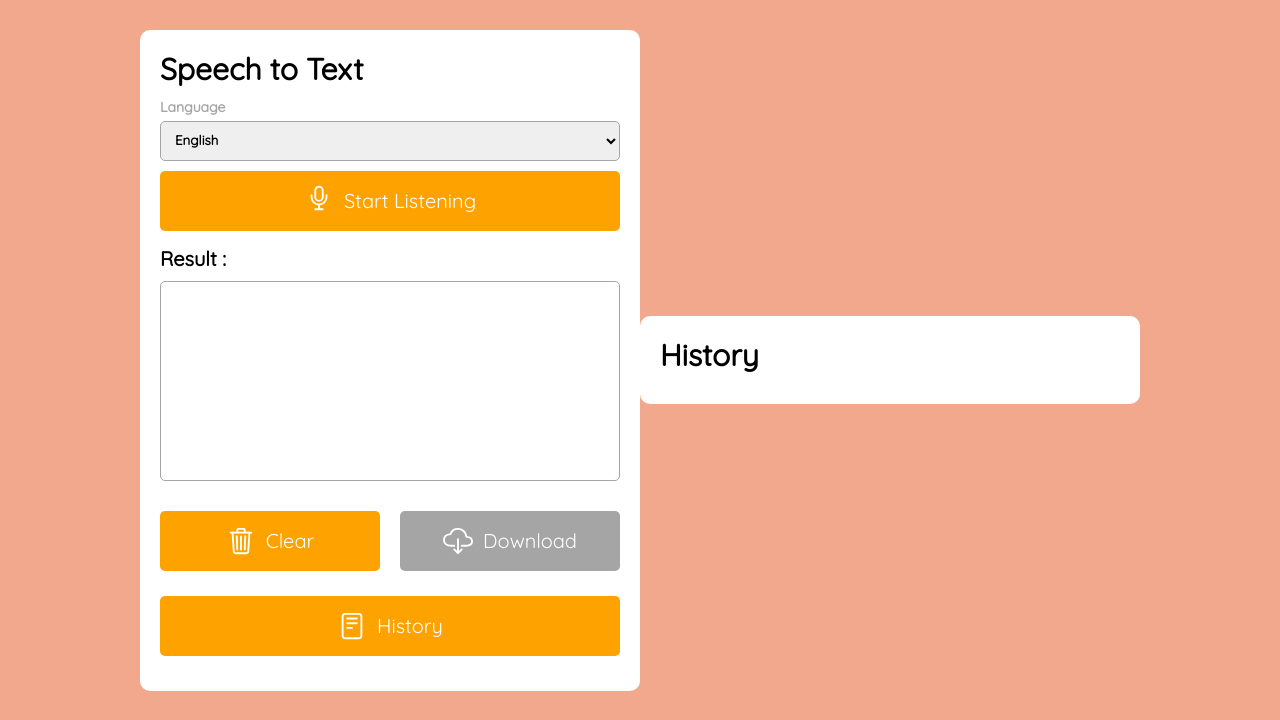
Repository: tsthuy/SpeechToText
Page: index.html
An editor plug-in stored every save of this project. The page is shown before and after the next save, followed by the edit.
The browser window is 1280 px wide. The pictures show the whole page.

Above is the page before, as saved 2023-08-28 03:57:09.

### index.html
<!DOCTYPE html>
<html lang="en">
  <head>
    <meta charset="UTF-8" />
    <meta http-equiv="X-UA-Compatible" content="IE=edge" />
    <meta name="viewport" content="width=device-width, initial-scale=1.0" />
    <link href="./images/icon.png" rel="shortcut icon" type="image/vnd.microsoft.icon" />
    <link rel="stylesheet" href="style.css" />
    <link href='https://fonts.googleapis.com/css?family=Quicksand' rel='stylesheet'>
    <title>Speech to Text</title>
  </head>
  <body>
    <div class="container">
      <p class="heading">Speech to Text</p>
      <div class="options">
        <div>
          <p>Language</p>
          <select name="input-language" id="language"></select>
        </div>
      </div>
      <button class="btn record">
        <div class="icon">
          <ion-icon name="mic-outline"></ion-icon>
          <img src="record.svg" alt="" />
        </div>
        <p>Start Listening</p>
      </button>
      <p class="heading receive">Result :</p>
      <div
        class="result"
        spellcheck="false"
        placeholder="Text will be shown here"
      >
        <p class="interim"></p>
      </div>
      <div class="buttons">
        <button class="btn clear">
          <ion-icon name="trash-outline"></ion-icon>
          <p>Clear</p>
        </button>
        <button class="btn download" disabled>
          <ion-icon name="cloud-download-outline"></ion-icon>
          <p>Download</p>
        </button>
      </div>
      <div class="buttons">
        <button class="btn store">
          <ion-icon name="reader-outline"></ion-icon>
          <p>History</p>
        </button>

      </div>
    </div>
    <div class="container">
      <p class="heading">History</p>
    </div>

    <!-- ion-icon -->
    <script
      type="module"
      src="https://unpkg.com/ionicons@5.5.2/dist/ionicons/ionicons.esm.js"
    ></script>
    <script
      nomodule
      src="https://unpkg.com/ionicons@5.5.2/dist/ionicons/ionicons.js"
    ></script>

    <!-- languages-->
    <script src="languages.js"></script>

    <!-- script -->
    <script src="script.js"></script>
  </body>
</html>

### style.css

:root {
  --primary-color: #FEA200;
  --bg-color: #fff;
  --text-color: #000;
  --light-text-color: #a5a5a5;
  --body-bg-color: #F2A88D;
}
* {
  margin: 0;
  padding: 0;
  box-sizing: border-box;
  font-family: "Quicksand", sans-serif;
}
body {
  min-height: 100vh;
  display: flex;
  align-items: center;
  justify-content: center;
  background-color: var(--body-bg-color);
  color: var(--text-color);
}
.container {
  width: 500px;
  padding: 20px;
  border-radius: 10px;
  background-color: var(--bg-color);
}
.container .heading {
  font-size: 30px;
  font-weight: 800;
  margin-bottom: 10px;
}
.container .receive
{
  font-size: 20px;
}
.container .options select {
  width: 100%;
  padding: 10px;
  border: 1px solid var(--light-text-color);
  border-radius: 5px;
  outline: none;
}
.container .options div:not(:last-child) select {
  margin-bottom: 20px;
}
#language
{
  font-weight: 800;
}
.container .options p {
  font-size: 14px;
  font-weight: 600;
  margin-bottom: 5px;
  color: var(--light-text-color);
}
.btn {
  display: flex;
  align-items: center;
  justify-content: center;
  gap: 10px;
  margin-top: 10px;
  margin-bottom: 15px;
  height: 60px;
  padding: 20px;
  width: 100%;
  outline: none;
  border: none;
  border-radius: 5px;
  font-size: 20px;
  font-weight: 500;
  cursor: pointer;
  color: #fff;
  background-color: var(--primary-color);
}
.btn ion-icon {
  font-size: 30px;
}
.btn:disabled {
  background-color: var(--light-text-color);
  cursor: not-allowed;
}

.container .record img {
  width: 30px;
  height: 30px;
  display: none;
}
.container .record.recording img {
  display: block;
}
.container .record.recording ion-icon {
  display: none;
}
.container .result {
  width: 100%;
  min-height: 200px;
  padding: 10px;
  border: 1px solid var(--light-text-color);
  border-radius: 5px;
  font-size: 18px;
  font-weight: 500;
  margin-bottom: 20px;
  color: var(--text-color);
}
.container .result p {
  display: inline;
  margin-left: 3px;
  color: var(--light-text-color);
}
.buttons {
  display: flex;
  gap: 20px;
}

### languages.js
const languages = [
  {
    no: "16",
    name: "English",
    native: "English",
    code: "en",
  },
  {
    no: "1",
    name: "Afrikaans",
    native: "Afrikaans",
    code: "af",
  },
  {
    no: "2",
    name: "Albanian",
    native: "Shqip",
    code: "sq",
  },
  {
    no: "3",
    name: "Arabic",
    native: "عربي",
    code: "ar",
  },
  {
    no: "4",
    name: "Armenian",
    native: "Հայերէն",
    code: "hy",
  },
  {
    no: "5",
    name: "Azerbaijani",
    native: "آذربایجان دیلی",
    code: "az",
  },
  {
    no: "6",
    name: "Basque",
    native: "Euskara",
    code: "eu",
  },
  {
    no: "7",
    name: "Belarusian",
    native: "Беларуская",
    code: "be",
  },
  {
    no: "8",
    name: "Bulgarian",
    native: "Български",
    code: "bg",
  },
  {
    no: "9",
    name: "Catalan",
    native: "Català",
    code: "ca",
  },
  {
    no: "10",
    name: "Chinese (Simplified)",
    native: "中文简体",
    code: "zh-CN",
  },
  {
    no: "11",
    name: "Chinese (Traditional)",
    native: "中文繁體",
    code: "zh-TW",
  },
  {
    no: "12",
    name: "Croatian",
    native: "Hrvatski",
    code: "hr",
  },
  {
    no: "13",
    name: "Czech",
    native: "Čeština",
    code: "cs",
  },
  {
    no: "14",
    name: "Danish",
    native: "Dansk",
    code: "da",
  },
  {
    no: "15",
    name: "Dutch",
    native: "Nederlands",
    code: "nl",
  },
  {
    no: "17",
    name: "Estonian",
    native: "Eesti keel",
    code: "et",
  },
  {
    no: "18",
    name: "Filipino",
    native: "Filipino",
    code: "tl",
  },
  {
    no: "19",
    name: "Finnish",
    native: "Suomi",
    code: "fi",
  },
  {
    no: "20",
    name: "French",
    native: "Français",
    code: "fr",
  },
  {
    no: "21",
    name: "Galician",
    native: "Galego",
    code: "gl",
  },
  {
    no: "22",
    name: "Georgian",
    native: "ქართული",
    code: "ka",
  },
  {
    no: "23",
    name: "German",
    native: "Deutsch",
    code: "de",
  },
  {
    no: "24",
    name: "Greek",
    native: "Ελληνικά",
    code: "el",
  },
  {
    no: "25",
    name: "Haitian Creole",
    native: "Kreyòl ayisyen",
    code: "ht",
  },
  {
    no: "26",
    name: "Hebrew",
    native: "עברית",
    code: "iw",
  },
  {
    no: "27",
    name: "Hindi",
    native: "हिन्दी",
    code: "hi",
  },
  {
    no: "28",
    name: "Hungarian",
    native: "Magyar",
    code: "hu",
  },
  {
    no: "29",
    name: "Icelandic",
    native: "Íslenska",
    code: "is",
  },
  {
    no: "30",
    name: "Indonesian",
    native: "Bahasa Indonesia",
    code: "id",
  },
  {
    no: "31",
    name: "Irish",
    native: "Gaeilge",
    code: "ga",
  },
  {
    no: "32",
    name: "Italian",
    native: "Italiano",
    code: "it",
  },
  {
    no: "33",
    name: "Japanese",
    native: "日本語",
    code: "ja",
  },
  {
    no: "34",
    name: "Korean",
    native: "한국어",
    code: "ko",
  },
  {
    no: "35",
    name: "Latvian",
    native: "Latviešu",
    code: "lv",
  },
  {
    no: "36",
    name: "Lithuanian",
    native: "Lietuvių kalba",
    code: "lt",
  },
  {
    no: "37",
    name: "Macedonian",
    native: "Македонски",
    code: "mk",
  },
  {
    no: "38",
    name: "Malay",
    native: "Malay",
    code: "ms",
  },
  {
    no: "39",
    name: "Maltese",
    native: "Malti",
    code: "mt",
  },
  {
    no: "40",
    name: "Norwegian",
    native: "Norsk",
    code: "no",
  },
  {
    no: "41",
    name: "Persian",
    native: "فارسی",
    code: "fa",
  },
  {
    no: "42",
    name: "Polish",
    native: "Polski",
    code: "pl",
  },
  {
    no: "43",
    name: "Portuguese",
    native: "Português",
    code: "pt",
  },
  {
    no: "44",
    name: "Romanian",
    native: "Română",
    code: "ro",
  },
  {
    no: "45",
    name: "Russian",
    native: "Русский",
    code: "ru",
  },
  {
    no: "46",
    name: "Serbian",
    native: "Српски",
    code: "sr",
  },
  {
    no: "47",
    name: "Slovak",
    native: "Slovenčina",
    code: "sk",
  },
  {
    no: "48",
    name: "Slovenian",
    native: "Slovensko",
    code: "sl",
  },
  {
    no: "49",
    name: "Spanish",
    native: "Español",
    code: "es",
  },
  {
    no: "50",
    name: "Swahili",
    native: "Kiswahili",
    code: "sw",
  },
  {
    no: "51",
    name: "Swedish",
    native: "Svenska",
    code: "sv",
  },
  {
    no: "52",
    name: "Thai",
    native: "ไทย",
    code: "th",
  },
  {
    no: "53",
    name: "Turkish",
    native: "Türkçe",
    code: "tr",
  },
  {
    no: "54",
    name: "Ukrainian",
    native: "Українська",
    code: "uk",
  },
  {
    no: "55",
    name: "Urdu",
    native: "اردو",
    code: "ur",
  },
  {
    no: "56",
    name: "Vietnamese",
    native: "Tiếng Việt",
    code: "vi",
  },
  {
    no: "57",
    name: "Welsh",
    native: "Cymraeg",
    code: "cy",
  },
  {
    no: "58",
    name: "Yiddish",
    native: "ייִדיש",
    code: "yi",
  },
];

### script.js
const recordBtn = document.querySelector(".record"),
  result = document.querySelector(".result"),
  downloadBtn = document.querySelector(".download"),
  inputLanguage = document.querySelector("#language"),
  clearBtn = document.querySelector(".clear");

let SpeechRecognition =
    window.SpeechRecognition || window.webkitSpeechRecognition,
  recognition,
  recording = false;

function populateLanguages() {
  languages.forEach((lang) => {
    const option = document.createElement("option");
    option.value = lang.code;
    option.innerHTML = lang.name;
    inputLanguage.appendChild(option);
  });
}

populateLanguages();

function speechToText() {
  try {
    recognition = new SpeechRecognition();
    recognition.lang = inputLanguage.value;
    recognition.interimResults = true;
    recordBtn.classList.add("recording");
    recordBtn.querySelector("p").innerHTML = "Listening...";
    recognition.start();
    recognition.onresult = (event) => {
      const speechResult = event.results[0][0].transcript;
      //detect when intrim results
      if (event.results[0].isFinal) {
        result.innerHTML += " " + speechResult;
        result.querySelector("p").remove();
      } else {
        //creative p with class interim if not already there
        if (!document.querySelector(".interim")) {
          const interim = document.createElement("p");
          interim.classList.add("interim");
          result.appendChild(interim);
        }
        //update the interim p with the speech result
        document.querySelector(".interim").innerHTML = " " + speechResult;
      }
      downloadBtn.disabled = false;
    };
    recognition.onspeechend = () => {
      speechToText();
    };
    recognition.onerror = (event) => {
      stopRecording();
      if (event.error === "no-speech") {
        alert("No speech was detected. Stopping...");
      } else if (event.error === "audio-capture") {
        alert(
          "No microphone was found. Ensure that a microphone is installed."
        );
      } else if (event.error === "not-allowed") {
        alert("Permission to use microphone is blocked.");
      } else if (event.error === "aborted") {
        alert("Listening Stopped.");
      } else {
        alert("Error occurred in recognition: " + event.error);
      }
    };
  } catch (error) {
    recording = false;

    console.log(error);
  }
}

recordBtn.addEventListener("click", () => {
  if (!recording) {
    speechToText();
    recording = true;
  } else {
    stopRecording();
  }
});

function stopRecording() {
  recognition.stop();
  recordBtn.querySelector("p").innerHTML = "Start Listening";
  recordBtn.classList.remove("recording");
  recording = false;
}

function download() {
  const text = result.innerText;
  const filename = "speech.txt";

  const element = document.createElement("a");
  element.setAttribute(
    "href",
    "data:text/plain;charset=utf-8," + encodeURIComponent(text)
  );
  element.setAttribute("download", filename);
  element.style.display = "none";
  document.body.appendChild(element);
  element.click();
  document.body.removeChild(element);
}

downloadBtn.addEventListener("click", download);

clearBtn.addEventListener("click", () => {
  result.innerHTML = "";
  downloadBtn.disabled = true;
});

After the next save:
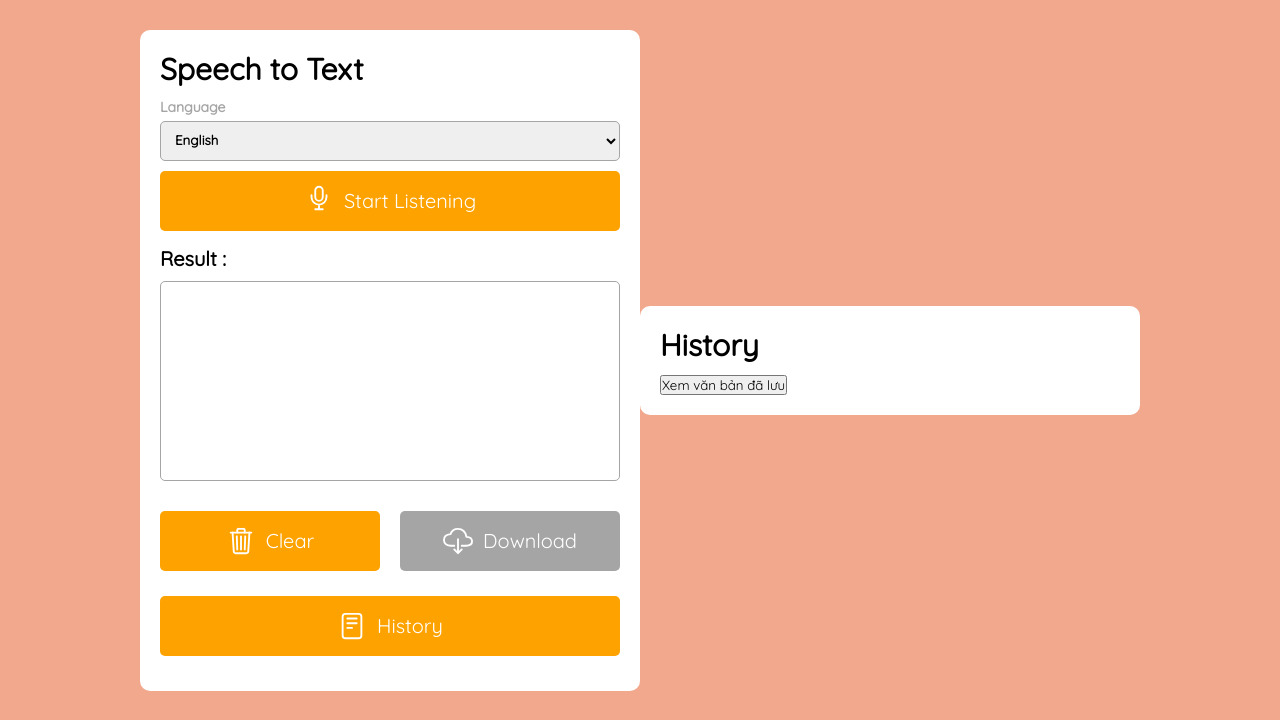
Saved 54 s later.
--- a/index.html
+++ b/index.html
@@ -53,6 +53,8 @@
     </div>
     <div class="container">
       <p class="heading">History</p>
+      <div id="savedTexts"></div>
+      <button id="viewSavedTexts">Xem văn bản đã lưu</button>
     </div>
 
     <!-- ion-icon -->
